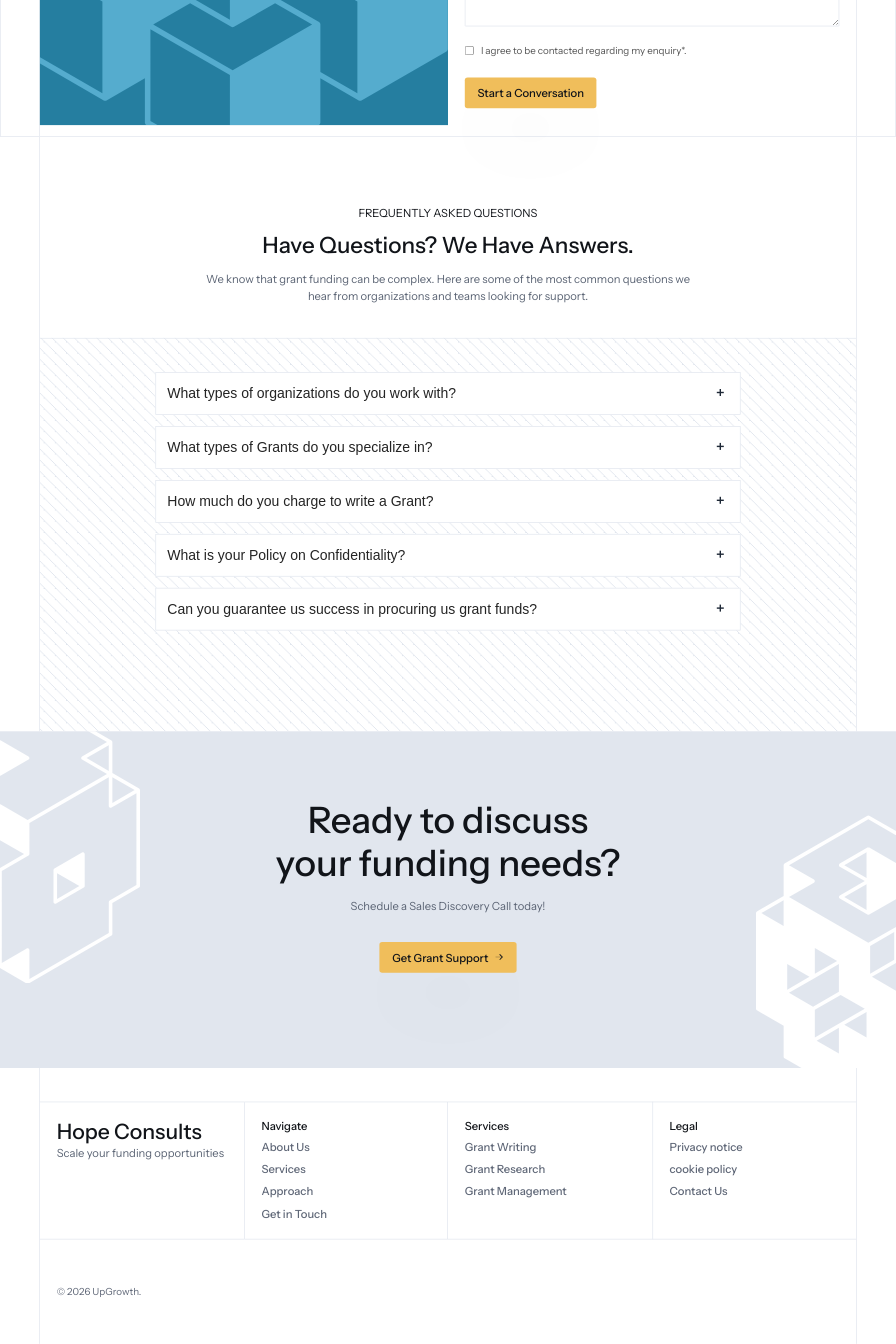
Repository: Ajeyinka/Upgrowth
Page: contact.html
These files come from the project's save history. The page is drawn as it stood at one moment and after the next save; the edit follows.
The browser window is 1280 px wide. The pictures show the part of the page from y = 664 to 2584 px (the page is 2584 px tall), at 70% of full size.

Above is the page before, as saved 2026-09-24 19:13:53.

### contact.html
<!doctype html>
<html lang="en">
  <head>
    <meta charset="UTF-8" />
    <meta name="viewport" content="width=device-width, initial-scale=1.0" />
     <meta
      name="description"
      content="Granted Advisors specialize in helping you scale your impact and secure resources they need to fulfill their mission"
    />
    <meta name="author" content="designer_0layinka" />
    <meta name="robots" content="index, follow" />
    <title>UpGrowth Consulting | grant writing service</title>
    <link rel="stylesheet" href="styles.css" />
    <link rel="icon" type="image/svg" href="images/logo.svg">
     <script src="script.js" defer></script>
  </head>
  <body>

    <nav class="navbar scrolled">
      <div class="nav-wrapper">
        <a class="logo" href="/">
          Hope Consults
        </a>

      <ul class="nav-list">
        <li><a href="index.html#about">About Us</a></li>
        <li><a href="index.html#services">Services</a></li>
        <li><a href="index.html#approach">Approach</a></li>
        <li><a href="#faq">Faq</a></li>
      </ul>
      <div class="btn-wrap">
        <a href="contact.html" class="primary-btn"
          >Get in Touch
           <svg xmlns:xlink="http://www.w3.org/1999/xlink"  width="100%" height="100%" viewBox="0 0 16 17" fill="currentColor" xmlns="http://www.w3.org/2000/svg">
<path opacity="0.5" d="M2.66659 8C2.53398 8 2.4068 8.05268 2.31303 8.14645C2.21926 8.24021 2.16659 8.36739 2.16659 8.5C2.16659 8.63261 2.21926 8.75978 2.31303 8.85355C2.4068 8.94732 2.53398 9 2.66659 9L2.66659 8ZM2.66659 9L13.3333 9L13.3333 8L2.66659 8L2.66659 9Z" fill="currentColor"></path>
<path d="M13.9152 8.02637C14.1555 8.32095 14.138 8.75567 13.8634 9.03028L9.86341 13.0303C9.57051 13.3232 9.09575 13.3232 8.80286 13.0303C8.50997 12.7374 8.50997 12.2626 8.80286 11.9697L12.2726 8.5L8.80286 5.03028C8.50997 4.73738 8.50997 4.26262 8.80286 3.96973C9.09575 3.67684 9.57052 3.67684 9.86341 3.96973L13.8634 7.96973L13.9152 8.02637Z" fill="currentColor"></path>
</svg>
        </a>
      </div>
      <div class="btn-toggle-hold">
              <a href="#" class="toggle_button" id="toggle_button">
                <span class="bar one"></span>
                <span class="bar two"></span>
                <span class="bar three"></span>
              </a>

            </div>

    </nav>
    <main>
        <section class="contact-section">
          <div class="container_large">
             <div class="padding_globe">
                <div class="two-col-grid">
                    <div class="contact-image">
                        <img src="images/bg3.svg" alt="">

                    </div>
                    <div class="grid-text">
                        <h1>Fill out our quick form</h1>
                        <form class="contact-form" action="https://formspree.io/f/xykrqngp" method="POST">
  <div class="form-grid">
    <div class="form-group">
      <label for="first-name">First name</label>
      <input
        type="text"
        id="first-name"
        name="first_name"
        placeholder="Enter your name*"
        autocomplete="given-name"
        required
      />
    </div>


    <div class="form-group">
      <label for="email">Email address*</label>
      <input
        type="email"
        id="email"
        name="email"
        placeholder="you@organization.com"
        autocomplete="email"
        required
      />
    </div>

    <div class="form-group">
      <label for="organization">Organization name</label>
      <input
        type="text"
        id="organization"
        name="organization"
        placeholder="Enter your organization name"
        autocomplete="organization"
      />
    </div>

    <div class="form-group form-group-full select-wrapper">

      <select id="service" name="service" required>
        <option value="" disabled selected>Select a service</option>
        <option value="grant-research">
          Grant Research & Funding Strategy
        </option>
        <option value="grant-writing">
          Grant Writing & Proposal Development
        </option>
        <option value="grant-management">
          Grant Management & Reporting
        </option>
        <option value="other">Other</option>
      </select>
       <svg
    class="select-icon"
    width="16"
    height="16"
    viewBox="0 0 24 24"
    fill="none"
    xmlns="http://www.w3.org/2000/svg"
  >
    <path
      d="M6 9L12 15L18 9"
      stroke="currentColor"
      stroke-width="2"
      stroke-linecap="round"
      stroke-linejoin="round"
    />
  </svg>
    </div>

    <div class="form-group form-group-full">
      <label for="funding-goal">Funding goal</label>
      <input
        type="text"
        id="funding-goal"
        name="funding_goal"
        placeholder="Funding goal* eg, $50,000"
      />
    </div>

    <div class="form-group form-group-full">
      <label for="message">Tell us about your funding needs*</label>
      <textarea
        id="message"
        name="message"
        rows="6"
        placeholder="Share your goals, timeline, and any grant opportunities you are considering.*"
        required
      ></textarea>
    </div>
  </div>

  <label class="checkbox-group">
    <input type="checkbox" name="consent" required />
    <span>
      I agree to be contacted regarding my enquiry*.
    </span>
  </label>

  <button type="submit" class="form-button">
    Start a Conversation
  </button>
</form>
                    </div>
                </div>
             </div>
          </div>
        </section>


         <section class="faq-section" id="faq">
          <div class="container_large">
             <div class="padding_globe">
              <div class="faq-component">
                <div class="section-top">
                  <div class="section-top-text">
                        <div class="eye-brow">FREQUENTLY ASKED QUESTIONS</div>
                        <h2>Have Questions? We Have Answers.</h2>
                         <p>We know that grant funding can be complex. Here are some of the most common questions we hear from organizations and teams looking for support.</p>
                  </div>

                  </div>
                  <div class="section-content">
                    <div class="faq-grid">
                      <div class="accordion container">
                         <div class="accordion-item">
                           <button id="accordion-button-1" aria-expanded="false"><span class="accordion-title">What types of organizations do you work with?</span><span class="icon" aria-hidden="true"></span></button>
                           <div class="accordion-content">
                           <p>We work with nonprofits, organizations, and purpose-driven teams across a variety of sectors, including education, health, social services, arts and culture, and more. Our focus is on helping organizations that are making a positive impact in their communities secure the funding they need to continue their work.</p>
                          </div>
                         </div>
                         <div class="accordion-item">
                           <button id="accordion-button-1" aria-expanded="false"><span class="accordion-title">What types of Grants do you specialize in?</span><span class="icon" aria-hidden="true"></span></button>
                           <div class="accordion-content">
                           <p>We specialize in grants to foundations, corporations, and government agencies.</p>
                          </div>
                         </div>
                         <div class="accordion-item">
                           <button id="accordion-button-1" aria-expanded="false"><span class="accordion-title">How much do you charge to write a Grant?</span><span class="icon" aria-hidden="true"></span></button>
                           <div class="accordion-content">
                           <p>Prices vary depending on the complexity of the project. Please fill out our survey online to discuss your organization’s needs.</p>
                          </div>
                         </div>
                         <div class="accordion-item">
                           <button id="accordion-button-1" aria-expanded="false"><span class="accordion-title">What is your Policy on Confidentiality?</span><span class="icon" aria-hidden="true"></span></button>
                           <div class="accordion-content">
                           <p>We do not discuss the specifics of your grants or any information contained therein with anyone outside of your organization or without your express written approval.</p>
                          </div>
                         </div>
                         <div class="accordion-item">
                           <button id="accordion-button-1" aria-expanded="false"><span class="accordion-title">Can you guarantee us success in procuring us grant funds?</span><span class="icon" aria-hidden="true"></span></button>
                           <div class="accordion-content">
                           <p>We promise to write the best grant possible in support of an award but make no guarantees of an award. A successful grant application requires not only a well-written proposal, but other factors that are outside of our control such as an agency’s capability, solvency, financials, and qualification</p>
                          </div>
                         </div>
                      </div>
                    </div>
                  </div>
              </div>
             </div>
          </div>
          </section>
        <section class="cta-section rel" id="cta">
             <img src="images/bg.svg" alt="" class="bg">
             <img src="images/bg1.svg" alt="" class="bg2">
          <div class="container_large">
             <div class="padding_globe">

                  <div class="cta-component">
                      <h2>Ready to discuss your funding needs?</h2>
                      <p>Schedule a Sales Discovery Call today!</p>
                       <div class="btn-wrapper">
                        <a href="contact.html" class="primary-btn"
                          >Get Grant Support
                           <svg xmlns:xlink="http://www.w3.org/1999/xlink"  width="100%" height="100%" viewBox="0 0 16 17" fill="currentColor" xmlns="http://www.w3.org/2000/svg">
                              <path opacity="0.5" d="M2.66659 8C2.53398 8 2.4068 8.05268 2.31303 8.14645C2.21926 8.24021 2.16659 8.36739 2.16659 8.5C2.16659 8.63261 2.21926 8.75978 2.31303 8.85355C2.4068 8.94732 2.53398 9 2.66659 9L2.66659 8ZM2.66659 9L13.3333 9L13.3333 8L2.66659 8L2.66659 9Z" fill="currentColor"></path>
                              <path d="M13.9152 8.02637C14.1555 8.32095 14.138 8.75567 13.8634 9.03028L9.86341 13.0303C9.57051 13.3232 9.09575 13.3232 8.80286 13.0303C8.50997 12.7374 8.50997 12.2626 8.80286 11.9697L12.2726 8.5L8.80286 5.03028C8.50997 4.73738 8.50997 4.26262 8.80286 3.96973C9.09575 3.67684 9.57052 3.67684 9.86341 3.96973L13.8634 7.96973L13.9152 8.02637Z" fill="currentColor"></path>
                          </svg>
                        </a>
                      </div>
                  </div>
             </div>
          </div>
        </section>

    </main>
     <footer>
             <div class="container_large">
               <div class="padding_globe">
                    <div class="footer-component">
                      <div class="col">
                        <h3>Hope Consults</h3>
                        <p>Scale your funding opportunities</p>
                      </div>
                      <div class="col">
                        <h4>Navigate</h4>
                        <ul class="footer-links">
                            <li><a href="index.html#about">About Us</a></li>
                            <li><a href="index.html#services">Services</a></li>
                            <li><a href="index.html#approach">Approach</a></li>
                            <li><a href="mailto:consultshope@gmail.com">Get in Touch</a></li>
                        </ul>
                      </div>
                      <div class="col">
                        <h4>Services</h4>
                        <ul class="footer-links">
                            <li><a href="index.html#services">Grant Writing</a></li>
                            <li><a href="index.html#services">Grant Research</a></li>
                            <li><a href="index.html#services">Grant Management</a></li>
                            </ul>
                      </div>
                      <div class="col">
                        <h4>Legal</h4>
                        <ul class="footer-links">
                            <li><a href="privacy.html">Privacy notice</a></li>
                            <li><a href="cookie-policy.html">cookie policy</a></li>
                            <li><a href="contact.html">Contact Us</a></li>
                        </ul>
                      </div>
                      <div class="footer-btm">
                        <p>© 2026 UpGrowth.</p>
                      </div>
                    </div>
             </div>
        </footer>

  </body>
</html>

Loaded but not shown: images/bg1.svg (4 lines, source omitted); images/bg.svg (5 lines, source omitted); images/bg3.svg (3 lines, source omitted); script.js (76 lines, source omitted); styles.css (1086 lines, source omitted)

After the next save:
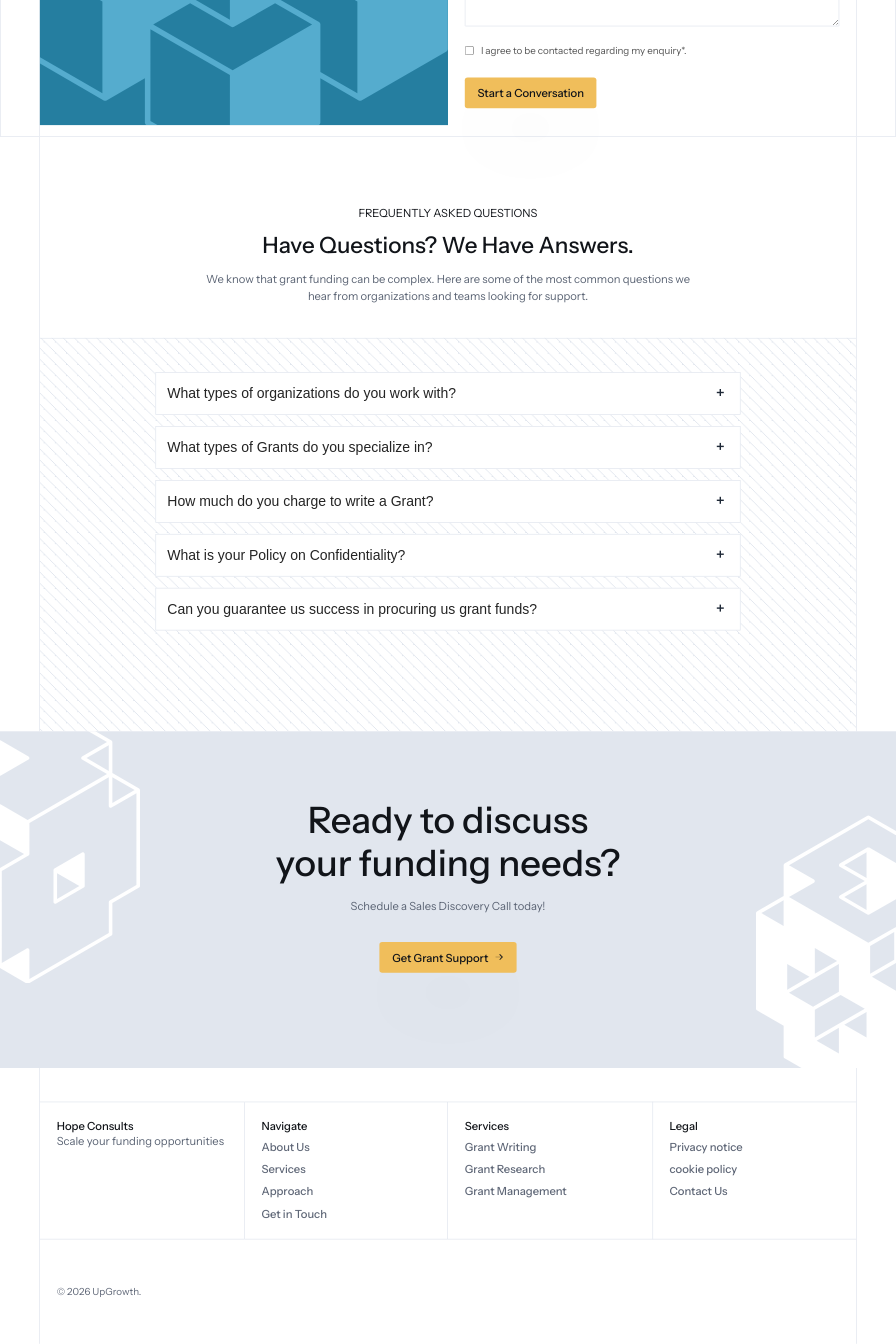
Saved 8 s later.
--- a/contact.html
+++ b/contact.html
@@ -250,7 +250,7 @@
                <div class="padding_globe">
                     <div class="footer-component">
                       <div class="col">
-                        <h3>Hope Consults</h3>
+                        <h4>Hope Consults</h4>
                         <p>Scale your funding opportunities</p>
                       </div>
                       <div class="col">
